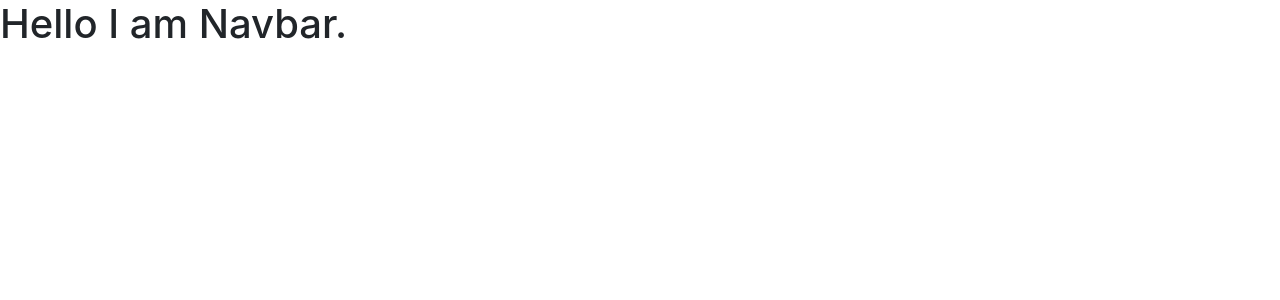
Repository: Shubham-tawar/Text-editor
Page: /
These files come from the project's save history. The page is drawn as it stood at one moment and after a run of saves; the edit follows.
The browser window is 1280 px wide. The pictures show the whole page.
The project was rebuilt for these pictures with package versions that can differ from the ones it lists, and the page was loaded fresh each time. Also part of the build but not shown: src/App.css.

Above is the page before, as saved 2025-07-05 15:56:18.

### public/index.html
<!DOCTYPE html>
<html lang="en">
  <head>
    <meta charset="utf-8" />
    <link rel="icon" href="%PUBLIC_URL%/favicon.ico" />
    <meta name="viewport" content="width=device-width, initial-scale=1" />
    <meta name="theme-color" content="#000000" />
    <meta
      name="description"
      content="Web site created using create-react-app"
    />
    <link rel="apple-touch-icon" href="%PUBLIC_URL%/logo192.png" />
    <!--
      manifest.json provides metadata used when your web app is installed on a
      user's mobile device or desktop. See https://developers.google.com/web/fundamentals/web-app-manifest/
    -->
    <link rel="manifest" href="%PUBLIC_URL%/manifest.json" />
    <!--
      Notice the use of %PUBLIC_URL% in the tags above.
      It will be replaced with the URL of the `public` folder during the build.
      Only files inside the `public` folder can be referenced from the HTML.

      Unlike "/favicon.ico" or "favicon.ico", "%PUBLIC_URL%/favicon.ico" will
      work correctly both with client-side routing and a non-root public URL.
      Learn how to configure a non-root public URL by running `npm run build`.
    -->
    <link href="https://cdn.jsdelivr.net/npm/bootstrap@5.3.7/dist/css/bootstrap.min.css" rel="stylesheet" integrity="sha384-LN+7fdVzj6u52u30Kp6M/trliBMCMKTyK833zpbD+pXdCLuTusPj697FH4R/5mcr" crossorigin="anonymous">
    <title>React App</title>
  </head>
  <body>
    <noscript>You need to enable JavaScript to run this app.</noscript>
    <div id="root"></div>
    <!--
      This HTML file is a template.
      If you open it directly in the browser, you will see an empty page.

      You can add webfonts, meta tags, or analytics to this file.
      The build step will place the bundled scripts into the <body> tag.

      To begin the development, run `npm start` or `yarn start`.
      To create a production bundle, use `npm run build` or `yarn build`.
    -->
      <script src="https://cdn.jsdelivr.net/npm/bootstrap@5.3.7/dist/js/bootstrap.bundle.min.js" integrity="sha384-ndDqU0Gzau9qJ1lfW4pNLlhNTkCfHzAVBReH9diLvGRem5+R9g2FzA8ZGN954O5Q" crossorigin="anonymous"></script>
  </body>
</html>

### src/App.js

import './App.css';
import Navbar from './components/Navbar';

function App() {
  return (
    <>
    <Navbar/>
    </>
  );
}

export default App;

### src/components/Navbar.js
import React from 'react'

export default function Navbar() {
  return (
    <div>
      <h1>Hello I am Navbar.</h1>
    </div>
  )
}

Loaded but not shown: src/index.js (common file); src/index.css (common file); src/reportWebVitals.js (common file)

After the next 2 saves:
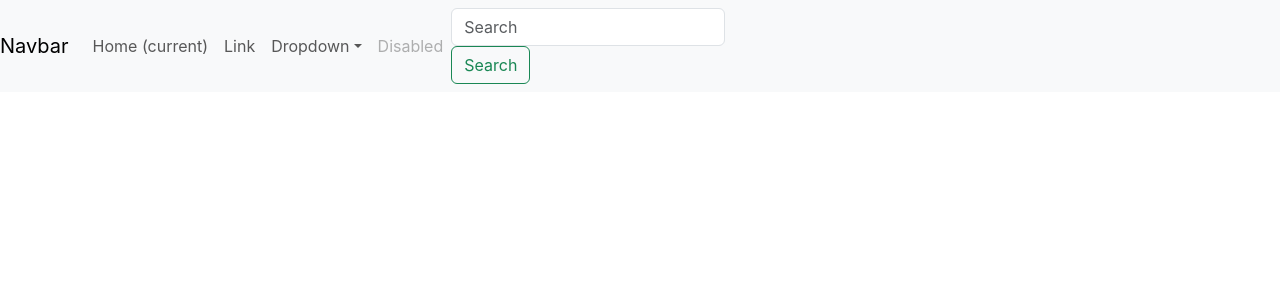
The 2 saves are shown as one change because they came seconds apart.
The last was saved 17 s later.
--- a/src/components/Navbar.js
+++ b/src/components/Navbar.js
@@ -2,8 +2,40 @@
 
 export default function Navbar() {
   return (
-    <div>
-      <h1>Hello I am Navbar.</h1>
-    </div>
+    <nav className="navbar navbar-expand-lg navbar-light bg-light">
+      <a className="navbar-brand" href="/">Navbar</a>
+      <button className="navbar-toggler" type="button" data-toggle="collapse" data-target="#navbarSupportedContent" aria-controls="navbarSupportedContent" aria-expanded="false" aria-label="Toggle navigation">
+        <span className="navbar-toggler-icon"></span>
+      </button>
+
+      <div className="collapse navbar-collapse" id="navbarSupportedContent">
+        <ul className="navbar-nav mr-auto">
+          <li className="nav-item active">
+            <a className="nav-link" href="/">Home <span className="sr-only">(current)</span></a>
+          </li>
+          <li className="nav-item">
+            <a className="nav-link" href="/">Link</a>
+          </li>
+          <li className="nav-item dropdown">
+            <a className="nav-link dropdown-toggle" href="/" id="navbarDropdown" role="button" data-toggle="dropdown" aria-haspopup="true" aria-expanded="false">
+              Dropdown
+            </a>
+            <div className="dropdown-menu" aria-labelledby="navbarDropdown">
+              <a className="dropdown-item" href="/">Action</a>
+              <a className="dropdown-item" href="/">Another action</a>
+              <div className="dropdown-divider"></div>
+              <a className="dropdown-item" href="/">Something else here</a>
+            </div>
+          </li>
+          <li className="nav-item">
+            <a className="nav-link disabled" href="/">Disabled</a>
+          </li>
+        </ul>
+        <form className="form-inline my-2 my-lg-0">
+          <input className="form-control mr-sm-2" type="search" placeholder="Search" aria-label="Search"/>
+          <button className="btn btn-outline-success my-2 my-sm-0" type="submit">Search</button>
+        </form>
+      </div>
+    </nav>
   )
 }
